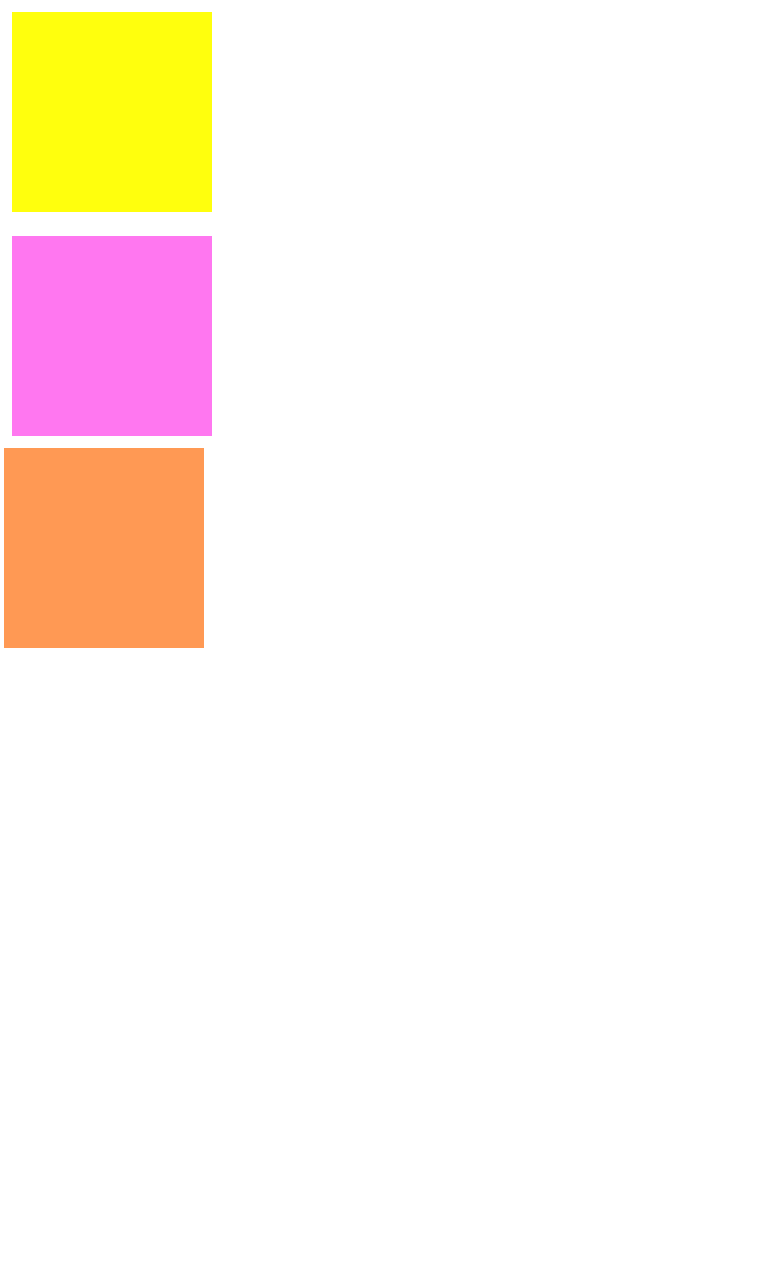
Repository: ling-cen/demo
Layout: Layout_1/res/layout/liner_layout_1.xml
These files come from the project's save history. The layout is drawn as it stood at one moment and after the next save; the edit follows.
It is drawn on a 768 x 1280 px phone screen (xhdpi) without system bars, with theme AppTheme; the app's code is not run.

Above is the layout before, as saved 2018-12-12 05:52:51.

### Layout_1/res/layout/liner_layout_1.xml
<?xml version="1.0" encoding="utf-8"?>
<LinearLayout xmlns:android="http://schemas.android.com/apk/res/android"
    android:layout_width="match_parent"
    android:layout_height="match_parent"
    android:orientation="vertical" >
    <TextView
        android:layout_width="100dp"
        android:layout_height="100dp"
        android:background="#FFFF0D"
        android:layout_margin="6dp"/>

    <TextView
        android:layout_width="100dp"
        android:layout_height="100dp"
        android:layout_margin="6dp"
        android:background="#FF77F0" />
   <TextView
       android:layout_width="100dp"
       android:layout_height="100dp"
       android:background="#FF9954"
       android:layout_marginLeft="2dp"
       />
   <Button
       android:text="按钮"
       android:background="#FFF4E7F"/>
</LinearLayout>

Loaded but not shown: Layout_1/res/values/styles.xml (common file); Layout_1/res/values-v11/styles.xml (common file); Layout_1/res/values-v14/styles.xml (common file)

After the next save:
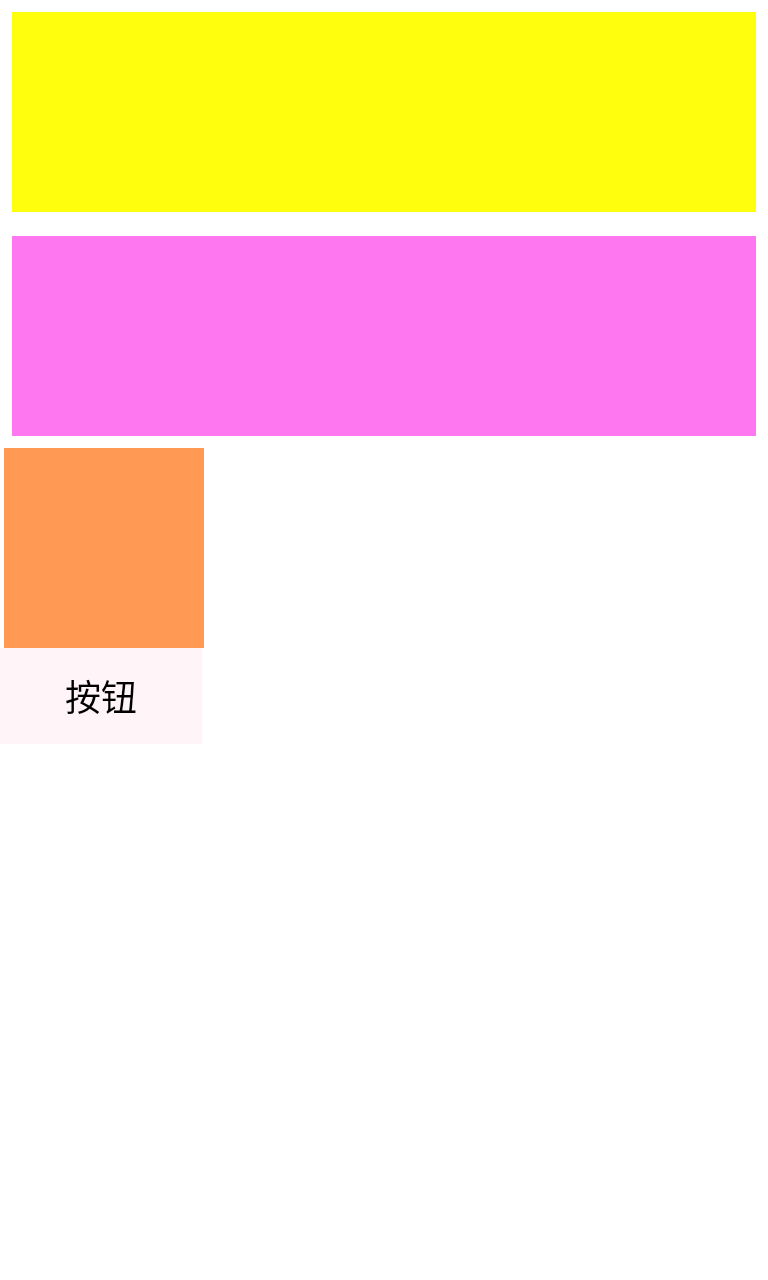
Saved 55 s later.
--- a/Layout_1/res/layout/liner_layout_1.xml
+++ b/Layout_1/res/layout/liner_layout_1.xml
@@ -4,13 +4,13 @@
     android:layout_height="match_parent"
     android:orientation="vertical" >
     <TextView
-        android:layout_width="100dp"
+        android:layout_width="match_parent"
         android:layout_height="100dp"
         android:background="#FFFF0D"
         android:layout_margin="6dp"/>
 
     <TextView
-        android:layout_width="100dp"
+        android:layout_width="match_parent"
         android:layout_height="100dp"
         android:layout_margin="6dp"
         android:background="#FF77F0" />
@@ -20,7 +20,11 @@
        android:background="#FF9954"
        android:layout_marginLeft="2dp"
        />
+
    <Button
-       android:text="按钮"
-       android:background="#FFF4E7F"/>
+       android:layout_width="101dp"
+       android:layout_height="wrap_content"
+       android:background="#FFF4E7F"
+       android:text="按钮" />
+
 </LinearLayout>
